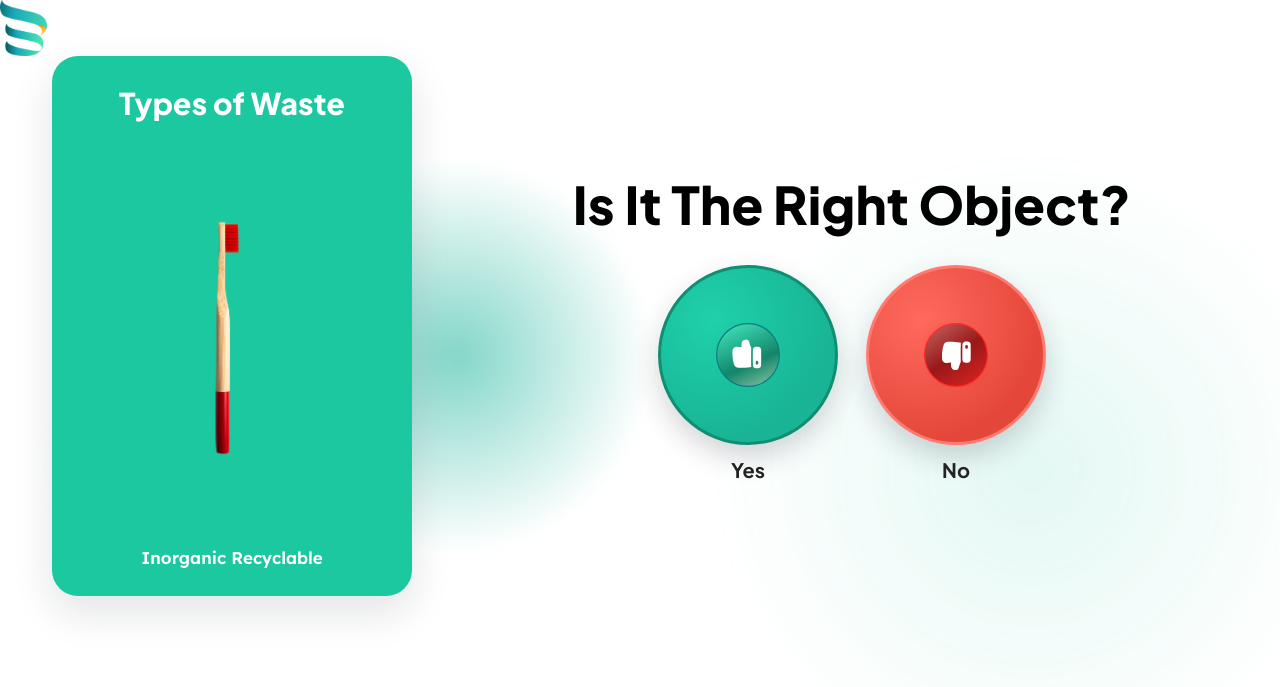
Repository: william-saputra/nusabin
Page: pages/products.html
The author's editor kept a copy of each file at every save. The page is drawn from the files as they stood at one save, then again after a run of saves.
The browser window is 1280 px wide. The pictures show the whole page.

Above is the page before, as saved 2025-08-13 10:55:50.

### pages/products.html
<!DOCTYPE html>
<html lang="en">
  <head>
    <meta charset="UTF-8" />
    <meta name="viewport" content="width=device-width, initial-scale=1.0" />
    <title>Nusabin – Products</title>
    <link href="https://fonts.googleapis.com/css2?family=Lexend:wght@400;600;700;800&family=Plus+Jakarta+Sans:wght@600;700;800&display=swap" rel="stylesheet" />
    <link rel="stylesheet" href="../styles/base.css" />
    <link rel="stylesheet" href="../styles/pages/products.css" />
  </head>
  <body>
    <div class="products-page">
      <header class="topbar">
        <img src="../assets/images/green_logo.png" alt="Nusabin" class="logo" />
        <div class="spacer"></div>
      </header>

      <main class="products-layout container">
        <section class="left-col">
          <article class="waste-card" aria-label="Types of Waste card">
            <h2 class="card-title">Types of Waste</h2>
            <div class="waste-visual">
              <img src="../assets/images/toothbrush.png" alt="Toothbrush" class="waste-image" />
            </div>
            <div class="waste-label">Inorganic Recyclable</div>
          </article>
        </section>

        <section class="right-col">
          <h1 class="page-heading">Is It The Right Object?</h1>
          <div class="actions" role="group" aria-label="Confirmation actions">
            <div class="action">
              <button class="round-btn yes" type="button" aria-label="Yes">
                <img src="../assets/icons/yes.svg" alt="Yes" />
              </button>
              <div class="btn-caption">Yes</div>
            </div>
            <div class="action">
              <button class="round-btn no" type="button" aria-label="No">
                <img src="../assets/icons/no.svg" alt="No" />
              </button>
              <div class="btn-caption">No</div>
            </div>
          </div>
        </section>
      </main>
    </div>
  </body>
  </html>

### styles/base.css
:root {
  --bg: #f6f9f8;
  --card: #ffffff;
  --text: #0b1220;
  --muted: #6b7280;
  --primary: #1cb59b;
  --danger: #e53935;
  --warning: #ffb74d;
  --ring: rgba(28, 181, 155, 0.35);
}

* { box-sizing: border-box; }
html, body { height: 100%; }
body {
  margin: 0;
  font-family: Lexend, Inter, system-ui, -apple-system, Segoe UI, Roboto, Helvetica, Arial, "Apple Color Emoji", "Segoe UI Emoji";
  color: var(--text);
  background: radial-gradient(1200px 700px at 70% 70%, #7ed8c4 0%, #b8efe5 35%, #f6f9f8 65%) no-repeat fixed;
}

/* Generic layout */
.homepage { padding: 24px; }
.topbar { display: flex; align-items: center; gap: 16px; }
.spacer { flex: 1 1 auto; }
.logo { height: 56px; }

.theme-toggle { display: flex; align-items: center; gap: 10px; font-weight: 600; }
.theme-toggle .label { opacity: 0.9; }

/* Toggle */
.switch { position: relative; display: inline-block; width: 54px; height: 30px; }
.switch input { display: none; }
.slider { position: absolute; cursor: pointer; top: 0; left: 0; right: 0; bottom: 0; background: #111; transition: .2s; border-radius: 999px; }
.slider:before { position: absolute; content: ""; height: 22px; width: 22px; left: 4px; bottom: 4px; background: #fff; transition: .2s; border-radius: 50%; }
input:checked + .slider { background: #cdd2d6; }
input:checked + .slider:before { transform: translateX(24px); }

/* Alerts */
.alerts { display: grid; grid-template-columns: 1fr; gap: 12px; margin: 18px 0; }
.alert { display: grid; grid-template-columns: auto 1fr auto; align-items: center; gap: 12px; padding: 8px 16px; border-radius: 50px; box-shadow: 0 8px 24px rgba(0,0,0,.06); font-family: Lexend, Inter, sans-serif; border: 1px solid currentColor; }
.alert .text { font-weight: 600; letter-spacing: .2px; }
.alert .close { appearance: none; border: 0; background: transparent; cursor: pointer; opacity: 0.6; font-size: 16px; color: inherit; }
.alert.pill[data-variant="danger"] { color: #FF2828; background: #FFECEC; }
.alert.pill[data-variant="warning"] { color: #EA800E; background: #FFF2E3; }
.alert-icon { flex: 0 0 auto; width: 40px; height: 40px; }

/* Align alerts: left and right margins consistent */
.left-col .alerts, .right-panel .alerts { margin: 16px 8px; }

/* Page bottom glow circle */
.page-bottom-decor { position: fixed; left: 50%; bottom: -180px; transform: translateX(-50%); width: 1200px; height: 1200px; border-radius: 50%; background: radial-gradient(closest-side, rgba(18,184,134,0.35), rgba(18,184,134,0) 70%); filter: blur(12px); pointer-events: none; z-index: -1; }

/* Main layout */
.layout { display: grid; grid-template-columns: 1.35fr 480px; gap: 24px; align-items: start; }
.left-col { display: block; }
.left-grid { display: grid; grid-template-columns: 1.7fr 1fr; gap: 18px; }

.card { background: var(--card); border-radius: 22px; padding: 28px; box-shadow: 0 6px 20px rgba(0,0,0,.06); position: relative; overflow: hidden; }
.card::before, .card::after { content: ""; position: absolute; pointer-events: none; border-radius: 50%; filter: blur(40px); opacity: 0.9; }
.card::before { width: 260px; height: 180px; top: -70px; right: 30px; background: radial-gradient(closest-side, rgba(255,189,57,0.55), rgba(255,189,57,0) 70%); }
.card::after  { width: 220px; height: 160px; top: -50px; left: 40%; transform: translateX(-50%); background: radial-gradient(closest-side, rgba(255,225,149,0.55), rgba(255,225,149,0) 70%); }
.card-buckets { display: block; background: #E2F6EC; min-height: 460px; }
.card-bucket-single { display: block; background: #E2F6EC; min-height: 460px; }

.bucket-group { display: grid; grid-template-columns: 1fr 1fr; gap: 36px; justify-items: center; }
.bucket-item { display: grid; justify-items: center; gap: 10px; }
.bucket-svg { width: 100%; max-width: 240px; height: auto; display: block; }
.bucket-static { pointer-events: none; }

.bucket-metrics { text-align: center; }
.bucket-metrics .percent { font-weight: 800; font-size: 28px; color: #12B886; }
.bucket-metrics .percent.danger { color: #F44336; }
.bucket-metrics .liter { color: #6C757D; font-size: 16px; }

.chip { display: inline-flex; flex-direction: column; align-items: center; gap: 4px; padding: 14px 22px; border-radius: 16px; background: #fff; border: 1.5px solid #0DC798; font-size: 22px; line-height: 1.1; min-height: 52px; min-width: 240px; }
.chip span { color: #6C757D; font-weight: 500; }
.chip strong { font-weight: 700; }
.chip-positive strong { color: #12B886; }
.chip-negative strong { color: #F44336; }
.chip {
  background-image: radial-gradient(circle at 20% 20%, rgba(13, 207, 173, 0.12) 0 20%, rgba(13, 207, 173, 0) 21%),
                    radial-gradient(circle at 80% 60%, rgba(13, 207, 173, 0.12) 0 20%, rgba(13, 207, 173, 0) 21%);
  background-size: 120px 120px, 140px 140px;
}

.chip-2line { font-size: 15px; }

.right-panel { display: grid; grid-template-rows: 1fr auto; gap: 18px; }
.right-panel { background: linear-gradient(180deg, #72c9bd 0%, #3ba79b 35%, #1b6f67 100%); padding: 20px; border-radius: 16px; }
.machine-wrapper { display: grid; place-items: center; background: linear-gradient(180deg, rgba(255,255,255,0.18), rgba(255,255,255,0)); border-radius: 16px; min-height: 400px; box-shadow: inset 0 0 0 1px rgba(255,255,255,0.15); }
.machine { max-width: 100%; height: auto; object-fit: contain; transform: scale(1.3); transform-origin: center; }

.status-panel { background: transparent; border-radius: 16px; padding: 0; display: grid; gap: 16px; }
.status-row { display: flex; align-items: center; justify-content: space-between; padding: 16px 18px; border-radius: 18px; }
.status-row .label { font-weight: 600; font-size: 24px; }
.status-row.variant-dark { background: #1f3b3f; color: #ffffff; }
.status-row.variant-light { background: #ffffff; color: #111; border: 3px solid #22c3a4; box-shadow: 0 8px 24px rgba(0,0,0,.08); }
.status-pill { border-radius: 999px; padding: 10px 22px; font-weight: 600; font-size: 18px; }
.pill-open { background: #f1c24e; color: #ffffff; border: 4px solid #ffffff; box-shadow: 0 2px 0 rgba(0,0,0,.06) inset; }
.pill-on { background: #ecfffb; color: #12b89a; border: 4px solid #12b89a; }

.clickable-area { cursor: pointer; }

/* Decorative half-circle with glow on the left bottom */
.left-col { position: relative; }
.left-col::after { content: ""; position: absolute; left: 50%; transform: translateX(-10%); bottom: -40px; width: 560px; height: 560px; border-bottom-left-radius: 560px; border-bottom-right-radius: 560px; border-top-left-radius: 560px; border-top-right-radius: 560px; background: radial-gradient(closest-side, rgba(28,181,155,0.55), rgba(28,181,155,0) 70%); filter: blur(6px); z-index: -1; }
.left-col::before { content: ""; position: absolute; left: 40%; transform: translateX(-50%); bottom: 20px; width: 380px; height: 220px; border-radius: 380px 380px 0 0; background: radial-gradient(closest-side, rgba(60,220,178,0.7), rgba(60,220,178,0) 70%); filter: blur(20px); z-index: -1; }

/* Dark mode */
.dark body, body.dark { background: radial-gradient(1200px 700px at 70% 70%, #0e3c3b 0%, #0f6b61 35%, #071b1a 65%); color: #e5f6f1; }
body.dark .card, body.dark .status-panel { background: #0a1414; color: #e6f5f1; }
body.dark .chip { background: #08201c; border-color: #0f3f36; }
body.dark .bucket-metrics .percent { color: #55e3c7; }
body.dark .status-row { background: #051010; }
body.dark .status-pill { background: #0b2a26; }

/* Utilities for specific wrappers that shouldn't navigate */
.no-nav { pointer-events: auto; }

@media (max-width: 1100px) {
  .layout { grid-template-columns: 1fr; }
  .right-panel { order: -1; }
}

### styles/pages/products.css
:root{
	--bg:#ffffff;
	--teal:#1CC8A0;
	--teal-deep:#13a887;
	--teal-ring:#0f8e72;
	--red:#e4473a;
	--red-ring:#ff7a70;
	--text:#000000;
	--muted:#666666;
}

*{box-sizing:border-box}
html,body{height:100%}
body{margin:0;font-family:Lexend,system-ui,Segoe UI,Roboto,Helvetica,Arial,sans-serif;color:var(--text);background:#fff}

/* subtle bottom-right green gradient (very soft) */
.products-page{min-height:100vh;position:relative}
.products-page::after{content:"";position:fixed;right:-200px;bottom:-200px;width:900px;height:900px;border-radius:50%;background:radial-gradient(closest-side, rgba(28,200,160,0.12), rgba(28,200,160,0) 70%);filter:blur(12px);pointer-events:none;z-index:-1}

.container{max-width:1240px;margin:0 auto;padding:0 32px}

/* Layout */
.products-layout{display:grid;grid-template-columns:360px 1fr;gap:64px;align-items:center}
.left-col,.right-col{display:block}

/* Waste card */
.waste-card{background:var(--teal);color:#fff;border-radius:26px;padding:28px;box-shadow:0 16px 40px rgba(16,24,40,0.12);display:flex;flex-direction:column;min-height:540px;align-items:center}
.card-title{margin:0 0 16px;font-weight:800;font-size:30px;letter-spacing:.2px;font-family:"Plus Jakarta Sans", Lexend, system-ui, sans-serif;text-align:center}
.waste-visual{flex:1 1 auto;display:grid;place-items:center;width:100%}
.waste-image{max-height:70%;max-width:80%;height:auto;width:auto;object-fit:contain;margin:0 auto}
.waste-label{text-align:center;font-size:17px;font-weight:600;margin-top:auto;padding-top:18px;width:100%}

/* Right column */
.page-heading{margin:0 0 28px;font-weight:800;font-size:52px;letter-spacing:.2px;text-align:center;font-family:"Plus Jakarta Sans", Lexend, system-ui, sans-serif}
.actions{display:flex;align-items:center;justify-content:center;gap:28px}
.action{display:grid;justify-items:center;gap:12px}

.round-btn{appearance:none;border:0;cursor:pointer;border-radius:999px;width:180px;height:180px;display:grid;place-items:center;box-shadow:0 12px 28px rgba(16,24,40,0.18);transition:transform .15s ease, box-shadow .15s ease}
.round-btn img{width:64px;height:64px}
.round-btn:focus{outline:3px solid rgba(0,0,0,.15);outline-offset:3px}
.round-btn:hover{transform:scale(1.03);box-shadow:0 16px 36px rgba(16,24,40,0.22)}
.round-btn:active{transform:scale(.98)}

.round-btn.yes{background:radial-gradient(circle at 30% 30%, #1fd1aa, #18b495 70%);border:3px solid var(--teal-ring)}
.round-btn.no{background:radial-gradient(circle at 30% 30%, #ff6a5d, #e4473a 70%);border:3px solid var(--red-ring)}

.btn-caption{font-size:20px;font-weight:700;color:#222;font-family:"Plus Jakarta Sans", Lexend, system-ui, sans-serif}

@media (max-width:1100px){
	.products-layout{grid-template-columns:1fr;gap:32px}
	.page-heading{font-size:44px}
	.actions{gap:22px}
	.round-btn{width:156px;height:156px}
}

After the next 2 saves:
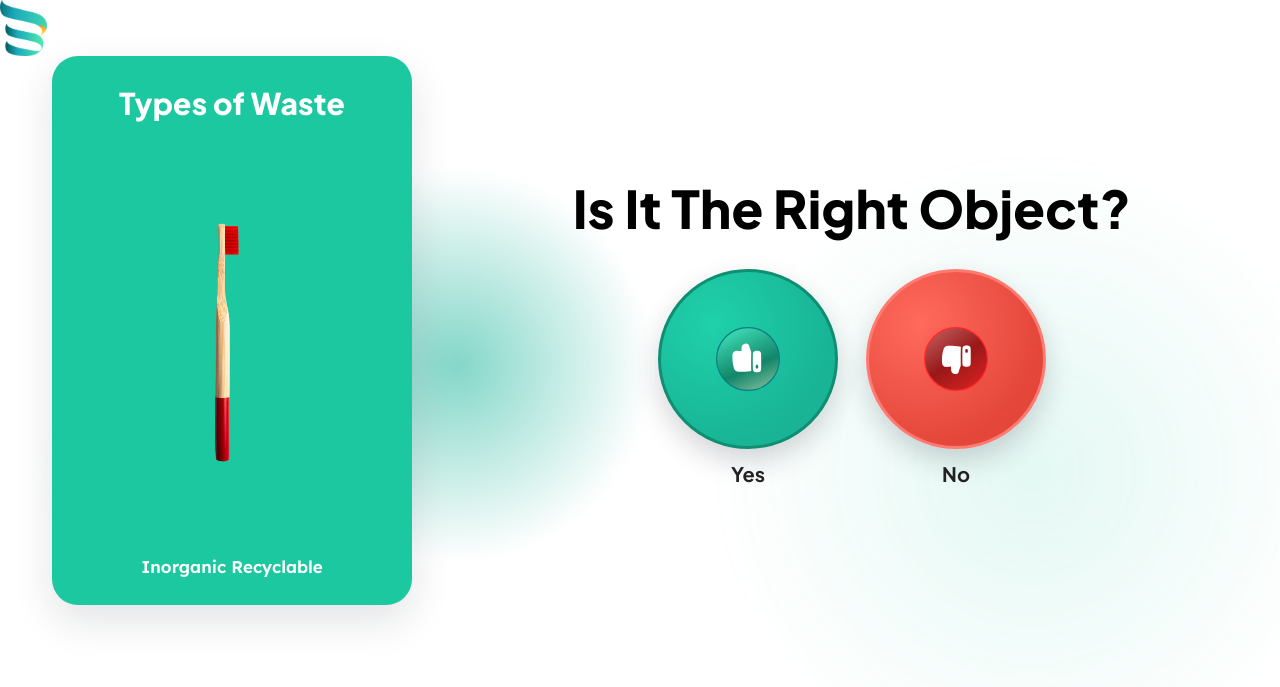
The 2 saves are shown as one change because they came seconds apart.
The last was saved 32 s later.
--- a/styles/pages/products.css
+++ b/styles/pages/products.css
@@ -26,7 +26,7 @@ body{margin:0;font-family:Lexend,system-ui,Segoe UI,Roboto,Helvetica,Arial,sans-
 /* Waste card */
 .waste-card{background:var(--teal);color:#fff;border-radius:26px;padding:28px;box-shadow:0 16px 40px rgba(16,24,40,0.12);display:flex;flex-direction:column;min-height:540px;align-items:center}
 .card-title{margin:0 0 16px;font-weight:800;font-size:30px;letter-spacing:.2px;font-family:"Plus Jakarta Sans", Lexend, system-ui, sans-serif;text-align:center}
-.waste-visual{flex:1 1 auto;display:grid;place-items:center;width:100%}
+.waste-visual{flex:1 1 auto;display:grid;place-items:center;width:100%; height: 400px;}
 .waste-image{max-height:70%;max-width:80%;height:auto;width:auto;object-fit:contain;margin:0 auto}
 .waste-label{text-align:center;font-size:17px;font-weight:600;margin-top:auto;padding-top:18px;width:100%}
 
